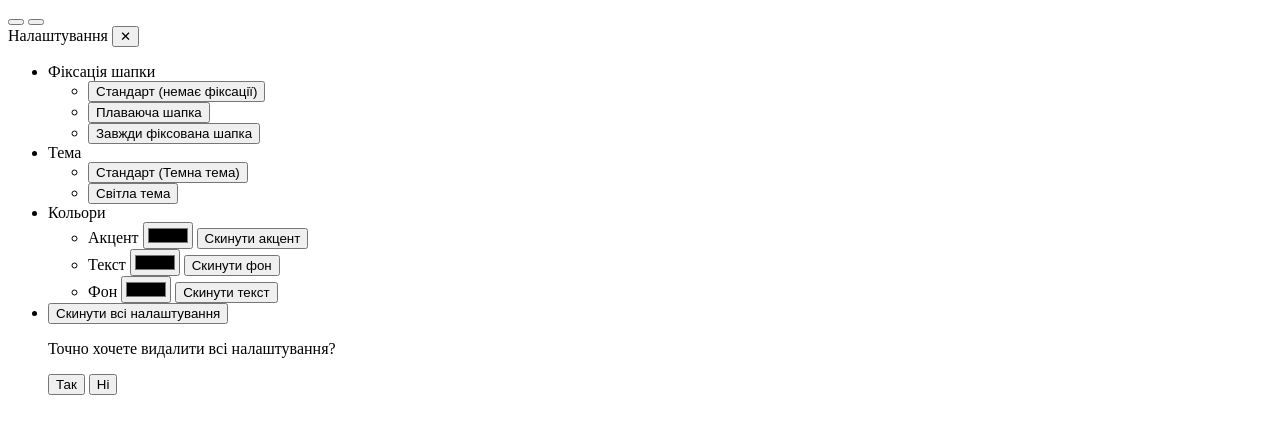
Repository: BogdanLazebnika/bogdanelo
Page: components/options.html
These files come from the project's save history. The page is drawn as it stood at one moment and after the next save; the edit follows.
The browser window is 1280 px wide. The pictures show the whole page.

Above is the page before, as saved 2025-08-05 15:05:20.

After the next save:
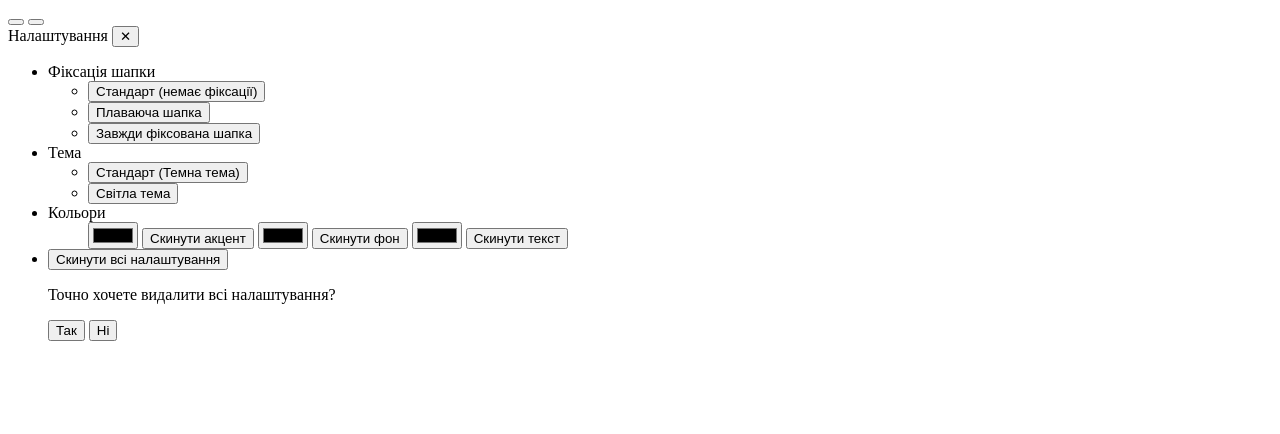
Saved 26 s later.
--- a/components/options.html
+++ b/components/options.html
@@ -46,21 +46,15 @@
         <li class="button-open-options-list-item">
           <span>Кольори</span>
           <ul class="button-open-options-list-list-two-level">
-            <li>
-              <span>Акцент</span>
-              <input type="color" id="accentColorPicker">
-              <button id="accentColorResetBtn">Скинути акцент</button>
-            </li>
-            <li>
-              <span>Текст</span>
-              <input type="color" id="backgroundColorPicker">
-              <button id="backgroundColorResetBtn">Скинути фон</button>
-            </li>
-            <li>
-              <span>Фон</span>
-              <input type="color" id="textColorPicker">
-              <button id="textColorResetBtn">Скинути текст</button>
-            </li>
+            <input type="color" id="accentColorPicker">
+<button id="accentColorResetBtn">Скинути акцент</button>
+
+<input type="color" id="backgroundColorPicker">
+<button id="backgroundColorResetBtn">Скинути фон</button>
+
+<input type="color" id="textColorPicker">
+<button id="textColorResetBtn">Скинути текст</button>
+
           </ul>
 
         </li>

After the save that followed:
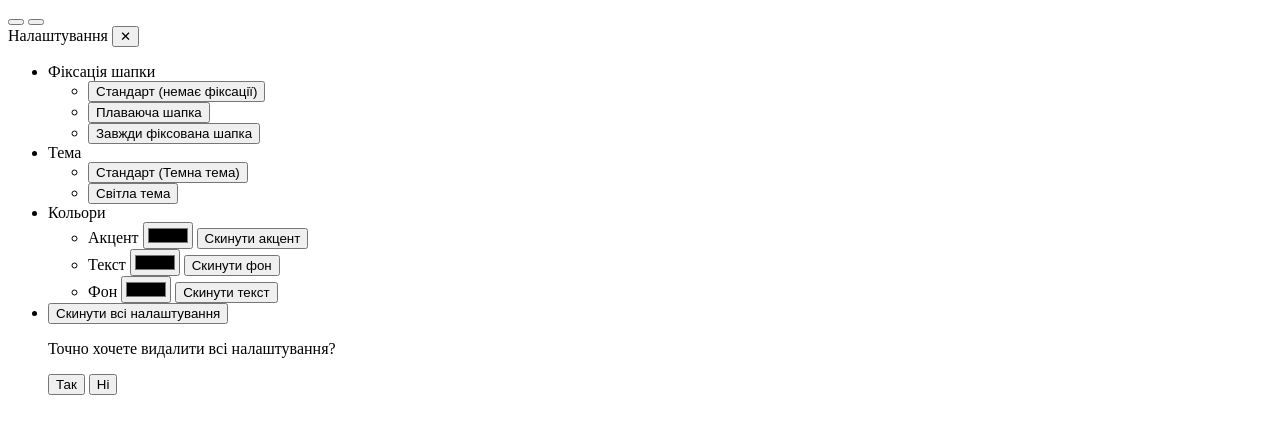
Saved 16 s later.
--- a/components/options.html
+++ b/components/options.html
@@ -46,15 +46,21 @@
         <li class="button-open-options-list-item">
           <span>Кольори</span>
           <ul class="button-open-options-list-list-two-level">
-            <input type="color" id="accentColorPicker">
-<button id="accentColorResetBtn">Скинути акцент</button>
-
-<input type="color" id="backgroundColorPicker">
-<button id="backgroundColorResetBtn">Скинути фон</button>
-
-<input type="color" id="textColorPicker">
-<button id="textColorResetBtn">Скинути текст</button>
-
+            <li>
+              <span>Акцент</span>
+              <input type="color" id="accentColorPicker">
+              <button id="accentColorResetBtn">Скинути акцент</button>
+            </li>
+            <li>
+              <span>Текст</span>
+              <input type="color" id="backgroundColorPicker">
+              <button id="backgroundColorResetBtn">Скинути фон</button>
+            </li>
+            <li>
+              <span>Фон</span>
+              <input type="color" id="textColorPicker">
+              <button id="textColorResetBtn">Скинути текст</button>
+            </li>
           </ul>
 
         </li>
